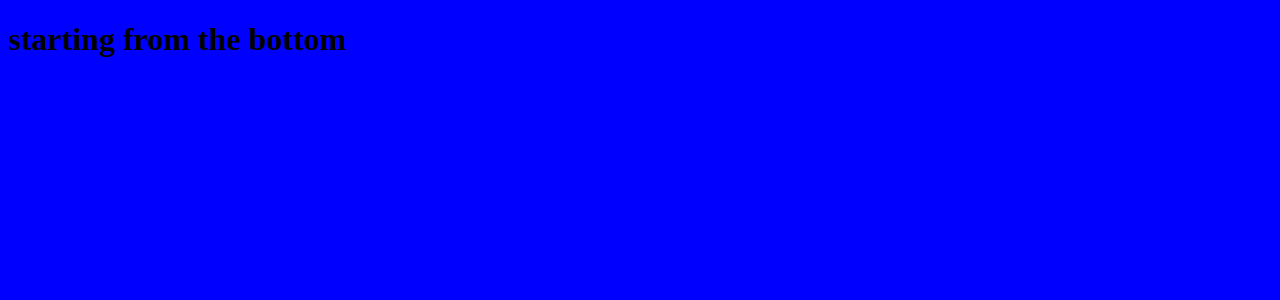
Repository: Art101-ui/HCJ-Projects
Page: index.html
An editor plug-in stored every save of this project. The page is shown before and after the next save, followed by the edit.
The browser window is 1280 px wide. The pictures show the whole page.

Above is the page before, as saved 2022-03-06 22:32:55.

After the next save:
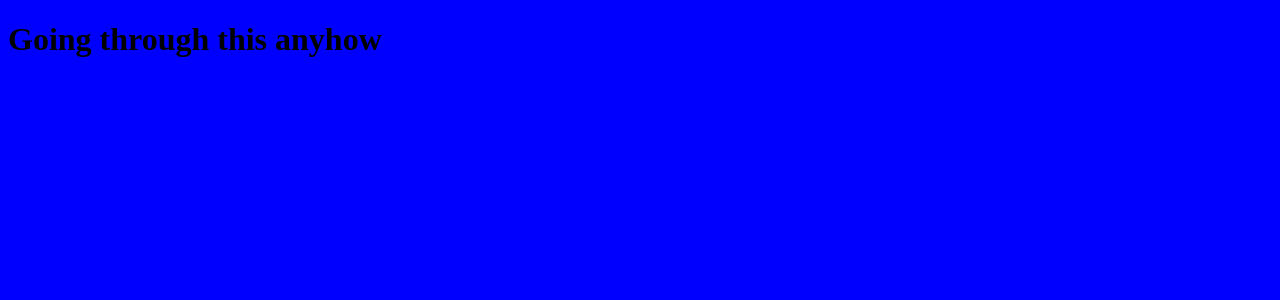
Saved 23 min 23 s later.
--- a/index.html
+++ b/index.html
@@ -8,6 +8,6 @@
     <title>Document</title>
   </head>
   <body>
-    <h1>starting from the bottom</h1>
+    <h1>Going through this anyhow</h1>
   </body>
 </html>
